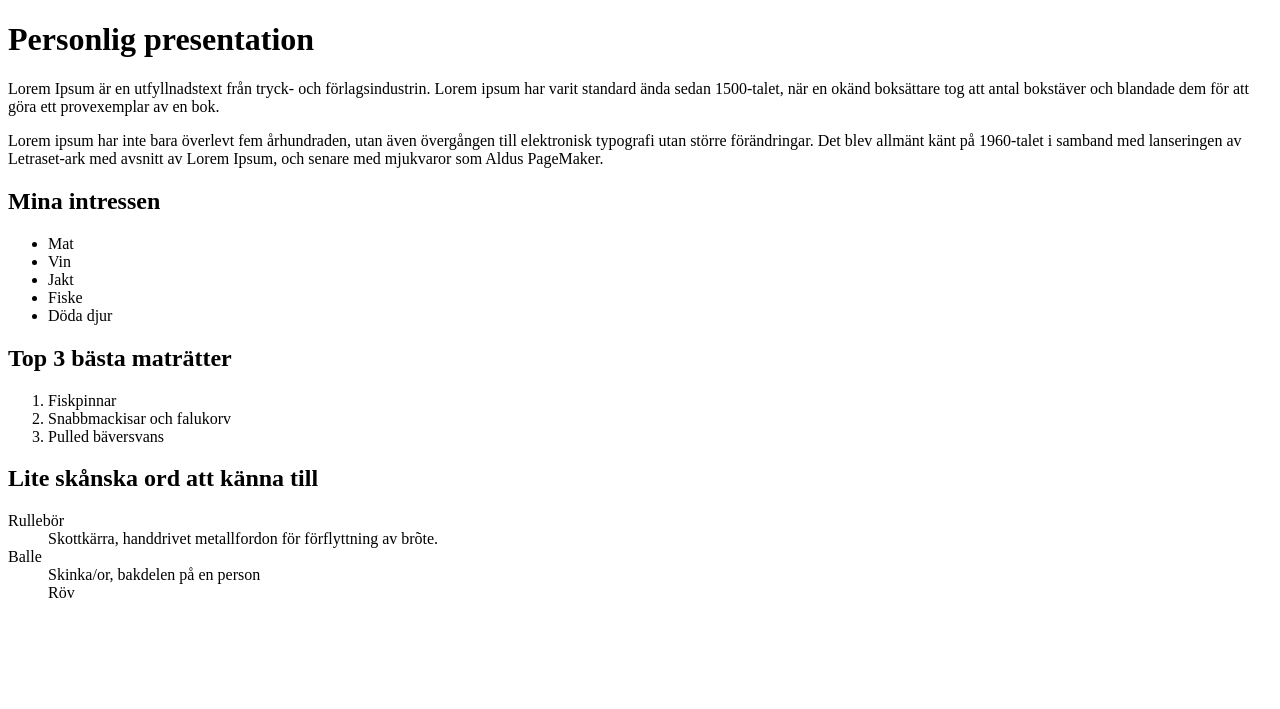
Repository: henriklideberg/labs
Page: pages/presentation.html
The author's editor kept a record of every edit. The page is drawn from the files as they stood at one moment, then again after the next edit.
The browser window is 1280 px wide. The pictures show the whole page.

Above is the page before.

### pages/presentation.html
<!doctype html>
<html lang="sv">
    <head>
        <meta charset="utf-8" />
        <title>Henrik, en presentation</title>
    </head>
    <body>
        <h1>Personlig presentation</h1>
        <p>Lorem Ipsum är en utfyllnadstext från tryck- och förlagsindustrin. Lorem ipsum har varit standard ända sedan 1500-talet, när en okänd boksättare tog att antal bokstäver och blandade dem för att göra ett provexemplar av en bok.</p>

        <p>Lorem ipsum har inte bara överlevt fem århundraden, utan även övergången till elektronisk typografi utan större förändringar. Det blev allmänt känt på 1960-talet i samband med lanseringen av Letraset-ark med avsnitt av Lorem Ipsum, och senare med mjukvaror som Aldus PageMaker.</p>
        <h2>Mina intressen</h2>

        <!-- Allt jag skriver är sant -->
        <ul>
            <li>Mat</li>
            <li>Vin</li>
            <li>Jakt</li>
            <li>Fiske</li>
            <li>Döda djur</li>
        </ul>

        <h2>Top 3 bästa maträtter</h2>
        <ol>
            <li>Fiskpinnar</li>
            <li>Snabbmackisar och falukorv</li>
            <li>Pulled bäversvans</li>
        </ol>

        <h2>Lite skånska ord att känna till</h2>
        <dl>
            <dt>Rullebör</dt>
            <dd>Skottkärra, handdrivet metallfordon för förflyttning av brõte.</dd>
            <dt>Balle</dt>
            <dd>Skinka/or, bakdelen på en person</dd>
            <dd>Röv</dd>
        </dl>
    </body>
</html>

After the next edit:
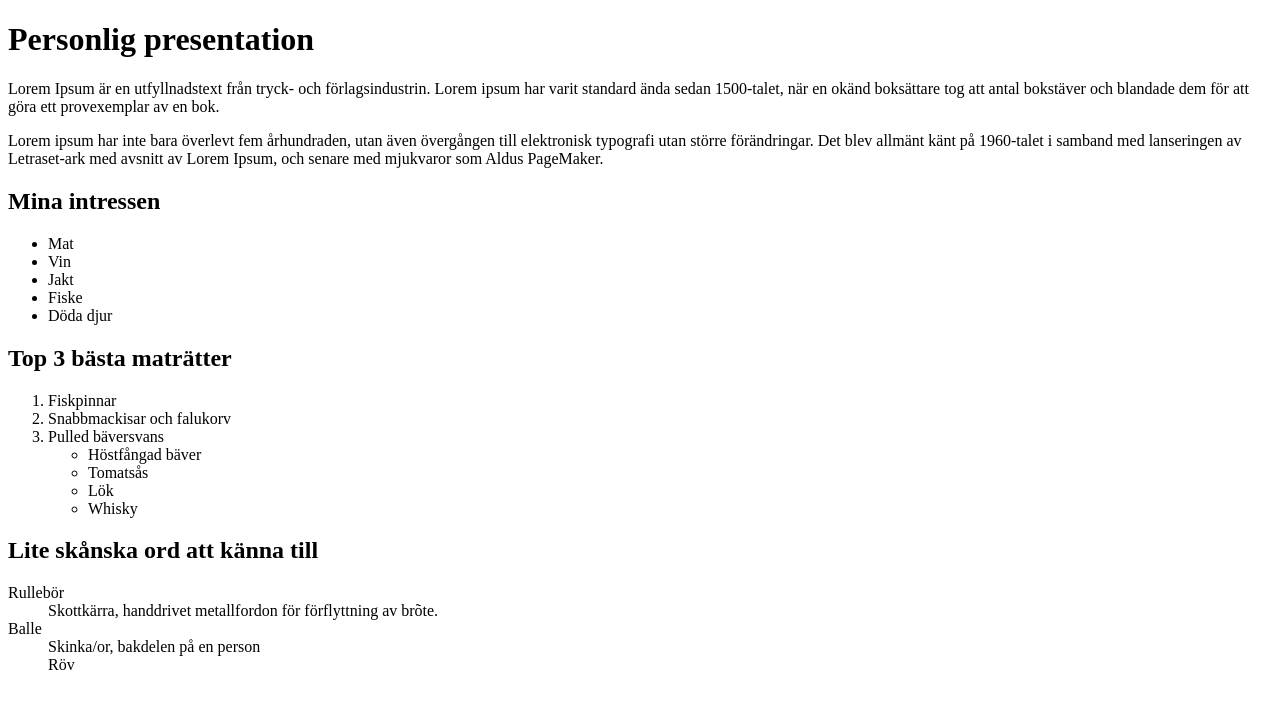
The edit:
--- a/pages/presentation.html
+++ b/pages/presentation.html
@@ -24,7 +24,14 @@
         <ol>
             <li>Fiskpinnar</li>
             <li>Snabbmackisar och falukorv</li>
-            <li>Pulled bäversvans</li>
+            <li>Pulled bäversvans
+                <ul>
+                    <li>Höstfångad bäver</li>
+                    <li>Tomatsås</li>
+                    <li>Lök</li>
+                    <li>Whisky</li>
+                </ul>
+            </li>
         </ol>
 
         <h2>Lite skånska ord att känna till</h2>
